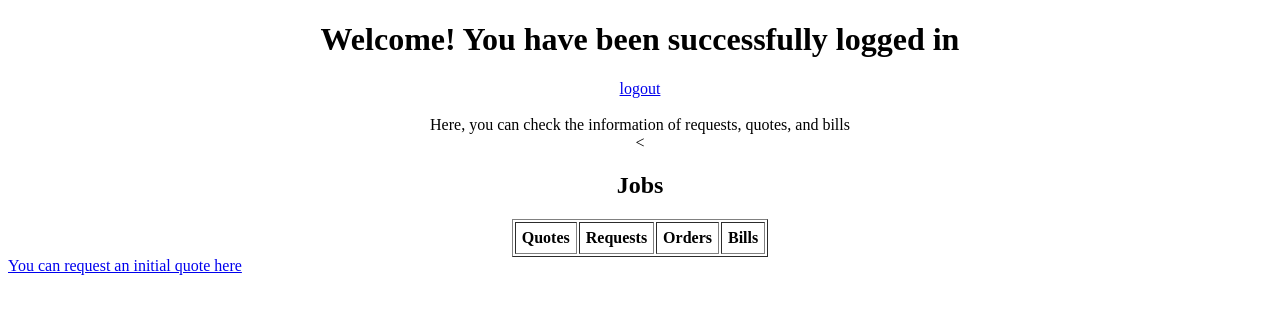
Repository: Sahithkonuganti/DatabaseProject
Page: http://localhost/database/clientpage.jsp
The author's editor kept a copy of each file at every save. The page is drawn from the files as they stood at one save, then again after the next save.
The browser window is 1280 px wide. The pictures show the whole page.
The page is served by Tomcat 9.

Above is the page before, as saved 2023-10-28 17:23:10.

After the next save:
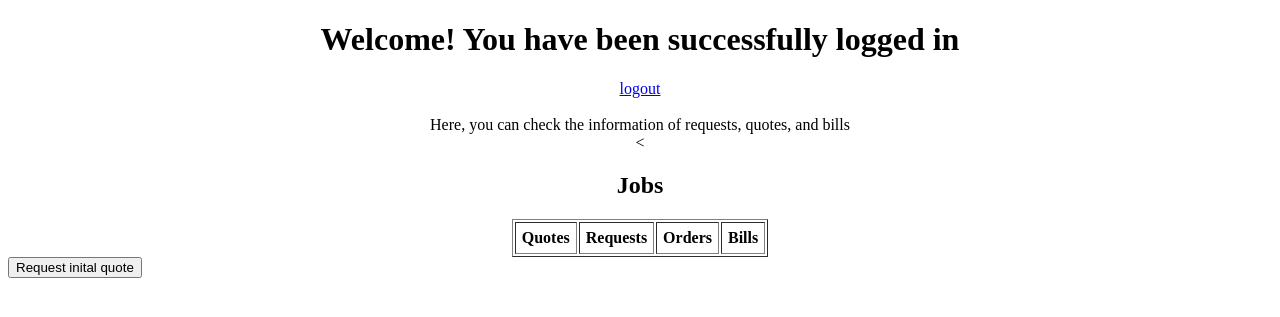
Saved 77 s later.
--- a/database/WebContent/clientpage.jsp
+++ b/database/WebContent/clientpage.jsp
@@ -27,6 +27,8 @@
 			</table>
 		</div>
 		</center>
-		<a href="InitialRequest.jsp">You can request an initial quote here</a>
+		<form action = "generate">
+		<input type = "submit" value = "Request inital quote"/>
+	</form>
 	</body>
 	</html>
